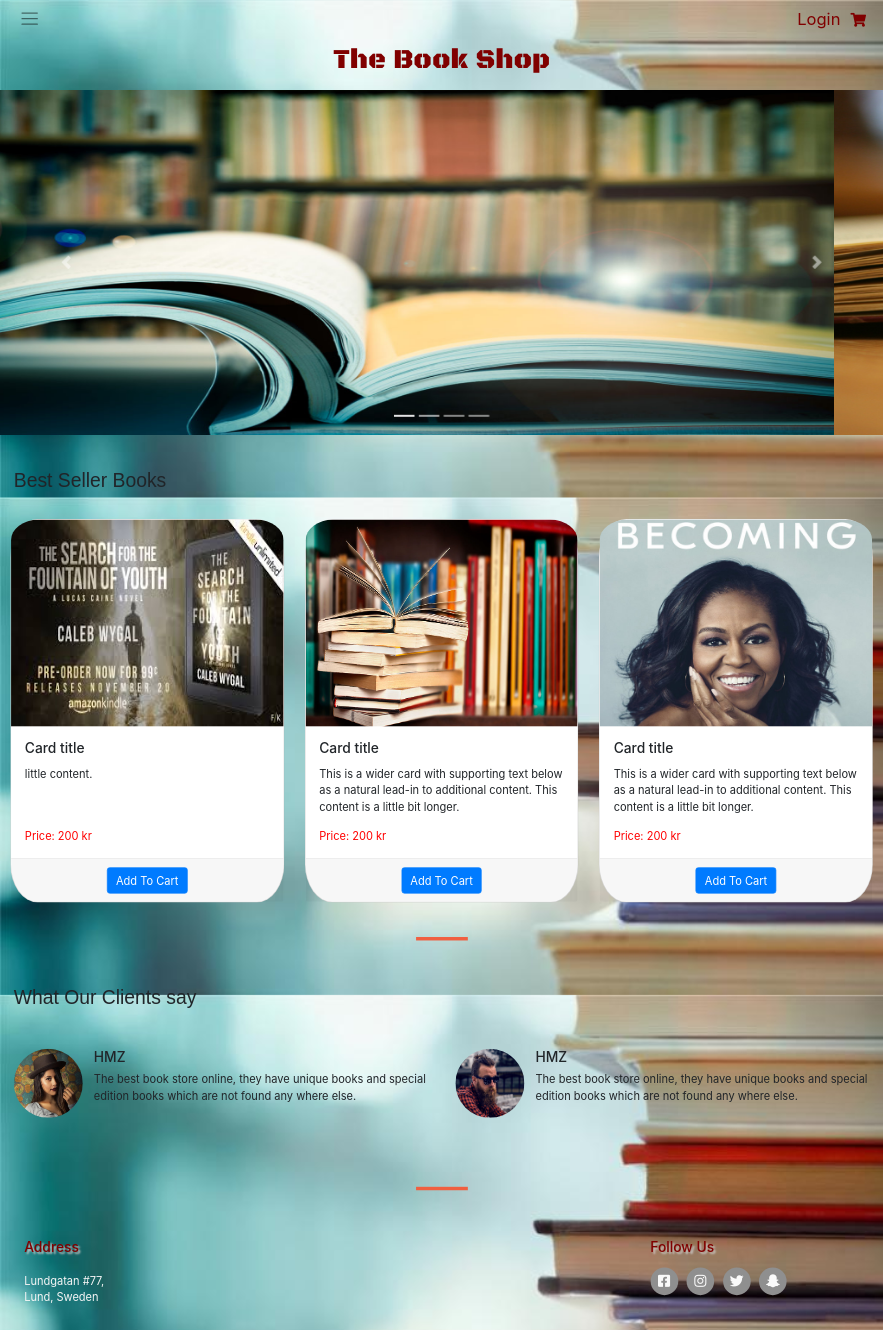
Repository: haithem2005/book-store2
Page: index.html
The author's editor kept a record of every edit. The page is drawn from the files as they stood at one moment, then again after the next edit.
The browser window is 1280 px wide. The pictures show the whole page, at 69% of full size.
Backgrounds fixed to the window are drawn as part of the page. Some web fonts or font styles are not loaded; a fallback is used. Some web libraries are served in a nearby version.

Above is the page before.

After the next edit:
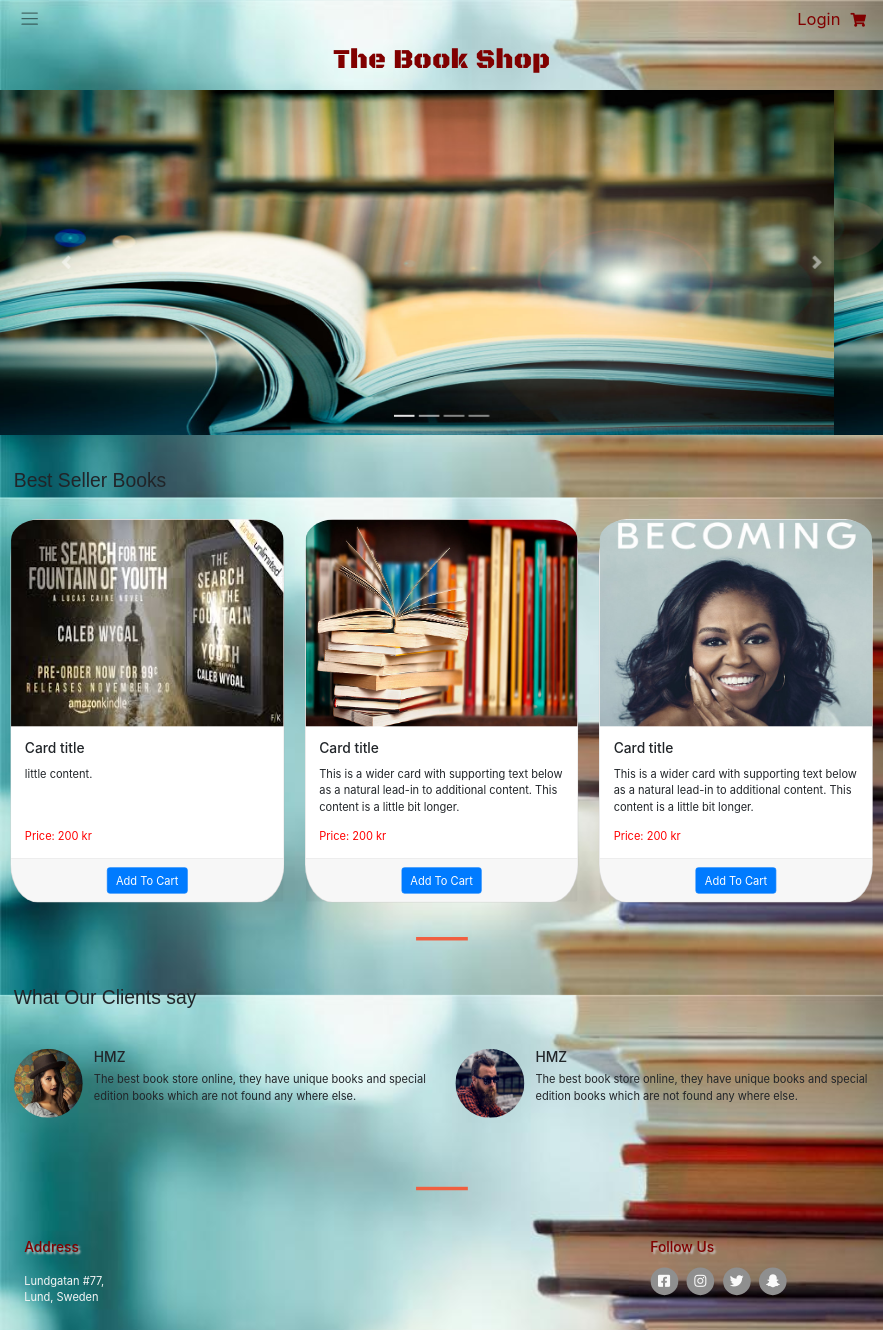
The edit:
--- a/index.html
+++ b/index.html
@@ -95,7 +95,7 @@
                     <img src="assets/images/1.jpg" class="d-block w-100" alt="...">
                 </div>
                 <div class="carousel-item">
-                    <img src="assets/images/image2.jpg" class="d-block w-100" alt="...">
+                    <img src="assets/images/2.jpg" class="d-block w-100" alt="...">
                 </div>
                 <div class="carousel-item">
                     <img src="assets/images/image3.jpg" class="d-block w-100" alt="...">
